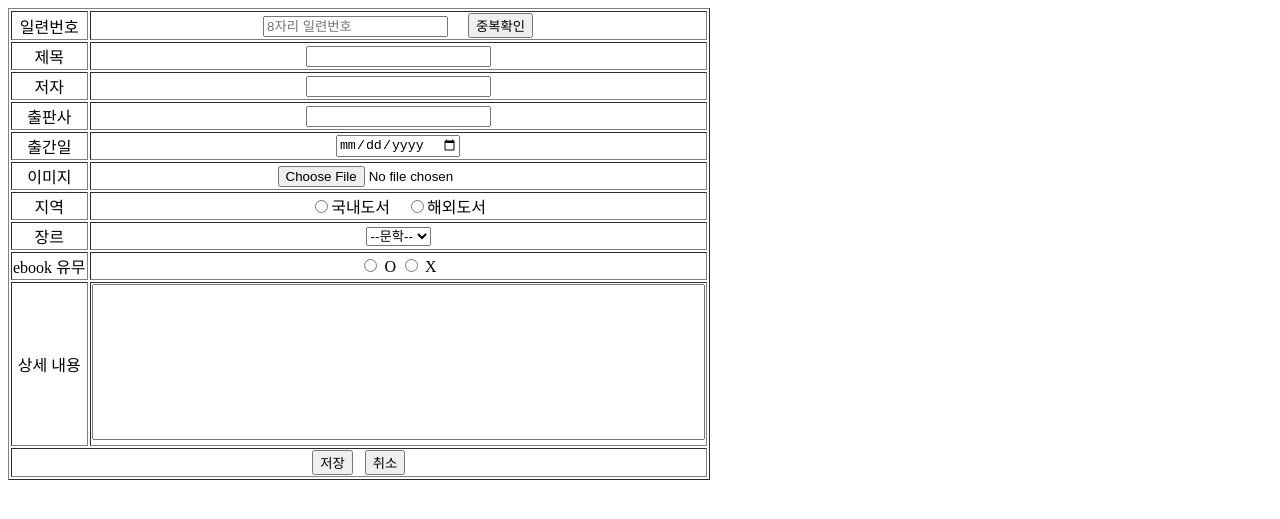
Repository: Served01/Project2_2209
Page: http://localhost/bookReviewProgram/bkListPro.jsp
These files come from the project's save history. The page is drawn as it stood at one moment and after the next save; the edit follows.
The browser window is 1280 px wide. The pictures show the whole page.
The page is served by Tomcat 9. Other server files are loaded and not shown.

Above is the page before, as saved 2022-09-24 04:06:37.

### bookReviewProgram/src/main/webapp/bkListPro.jsp
<%@ page language="java" contentType="text/html; charset=UTF-8"
    pageEncoding="UTF-8"%>
<!DOCTYPE html>
<html>
<head>
<meta charset="UTF-8">
<title>Insert title here</title>
</head>
<body>
<table border="1">
	<tr align = "center">
		<td>일련번호</td>
		<td><input type="text" name="bk_number" placeholder="8자리 일련번호"/>
			&nbsp; &nbsp;
			<button type="button">중복확인</button></td>
	</tr>
	<tr align = "center">
		<td>제목</td>
		<td><input type="text" name="bk_title"/></td>
	</tr>
	<tr align = "center">
		<td>저자</td>
		<td><input type="text" name="bk_writer"/></td>
	</tr>
	<tr align = "center">
		<td>출판사</td>
		<td><input type="text" name="bk_publisher"/></td>
	</tr>
	<tr align = "center">
		<td>출간일</td>
		<td><input type="date" name="bk_pubdate"/></td>
	</tr>
	<tr align = "center">
		<td>이미지</td>
		<td>&nbsp;&nbsp;&nbsp;<input type="file" value="파일 선택" name="bk_image"/>
	</tr>
	<tr align = "center">
		<td>지역</td>
		<td>
		<input type="radio" name="bk_local" value="0"/>국내도서
		&nbsp;&nbsp;
		<input type="radio" name="bk_local" value="1"/>해외도서
		</td>
	</tr>
	<tr align="center">
		<td>장르</td>
		<td>
			<select name="bk_genre">
				<option value="0">--문학--</option>
				<option value="1">--역사--</option>
				<option value="2">--소설--</option>
				<option value="3">--만화--</option>
				<option value="4">--기타--</option>
			</select>
		</td>
	</tr>
	<tr align="center">
		<td>ebook 유무</td>
		<td>
			<input type="radio" name="bk_ebook" value="0"/> O
			<input type="radio" name="bk_ebook" value="1"/> X
		</td>
	</tr>
	<!-- 작성일 sysdate 처리 -->
	<tr align="center">
		<td>상세 내용</td>
		<td>
			<textarea rows="10" cols="74" name="bk_detail" style ="resize:none"></textarea></td>
	</tr>
	<tr align="center">
		<td colspan="2">
			<input type="submit" value="저장"/>&nbsp;&nbsp;
			<input type="button" value="취소" onclick="location.href='mainsession.jsp'"/>
	</tr>

</table>
</body>
</html>

After the next save:
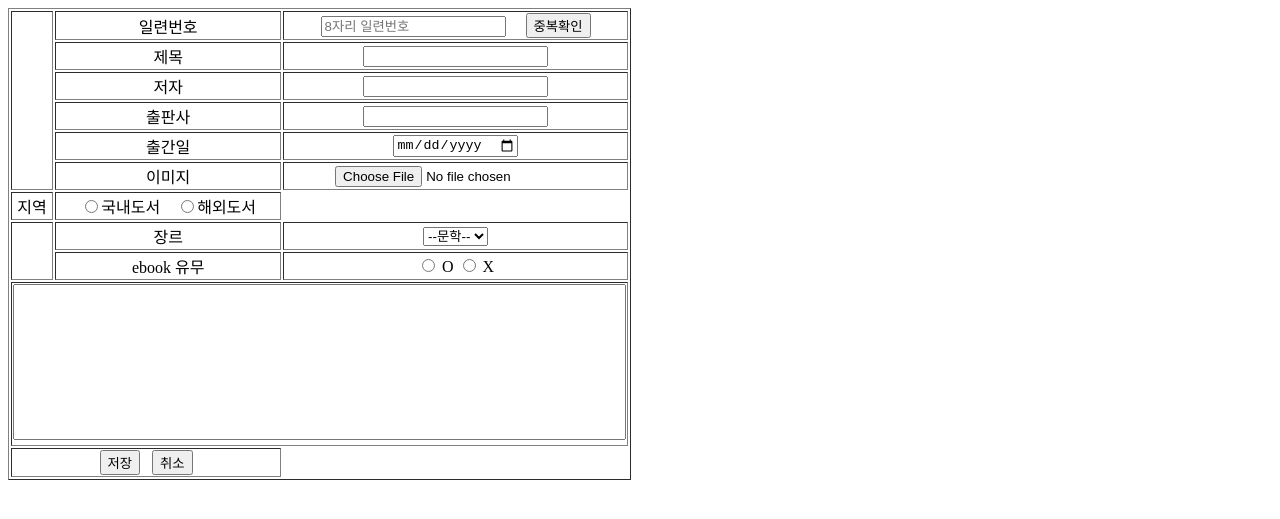
Saved 3 min 30 s later.
--- a/bookReviewProgram/src/main/webapp/bkListPro.jsp
+++ b/bookReviewProgram/src/main/webapp/bkListPro.jsp
@@ -9,32 +9,39 @@
 <body>
 <table border="1">
 	<tr align = "center">
+		<td rowspan="6">
 		<td>일련번호</td>
 		<td><input type="text" name="bk_number" placeholder="8자리 일련번호"/>
 			&nbsp; &nbsp;
 			<button type="button">중복확인</button></td>
 	</tr>
 	<tr align = "center">
+		<!-- <td> rowspan=6 -->
 		<td>제목</td>
 		<td><input type="text" name="bk_title"/></td>
 	</tr>
 	<tr align = "center">
+		<!-- <td> rowspan=6 -->
 		<td>저자</td>
 		<td><input type="text" name="bk_writer"/></td>
 	</tr>
 	<tr align = "center">
+		<!-- <td> rowspan=6 -->
 		<td>출판사</td>
 		<td><input type="text" name="bk_publisher"/></td>
 	</tr>
 	<tr align = "center">
+		<!-- <td> rowspan=6 -->
 		<td>출간일</td>
 		<td><input type="date" name="bk_pubdate"/></td>
 	</tr>
 	<tr align = "center">
+		<!-- <td> rowspan=6 -->
 		<td>이미지</td>
 		<td>&nbsp;&nbsp;&nbsp;<input type="file" value="파일 선택" name="bk_image"/>
 	</tr>
 	<tr align = "center">
+		<!-- <td> rowspan=6 -->
 		<td>지역</td>
 		<td>
 		<input type="radio" name="bk_local" value="0"/>국내도서
@@ -43,6 +50,7 @@
 		</td>
 	</tr>
 	<tr align="center">
+		<td rowspan="2">
 		<td>장르</td>
 		<td>
 			<select name="bk_genre">
@@ -55,6 +63,7 @@
 		</td>
 	</tr>
 	<tr align="center">
+		<!-- <td> rowspan=2 -->
 		<td>ebook 유무</td>
 		<td>
 			<input type="radio" name="bk_ebook" value="0"/> O
@@ -63,8 +72,7 @@
 	</tr>
 	<!-- 작성일 sysdate 처리 -->
 	<tr align="center">
-		<td>상세 내용</td>
-		<td>
+		<td colspan="3">
 			<textarea rows="10" cols="74" name="bk_detail" style ="resize:none"></textarea></td>
 	</tr>
 	<tr align="center">
